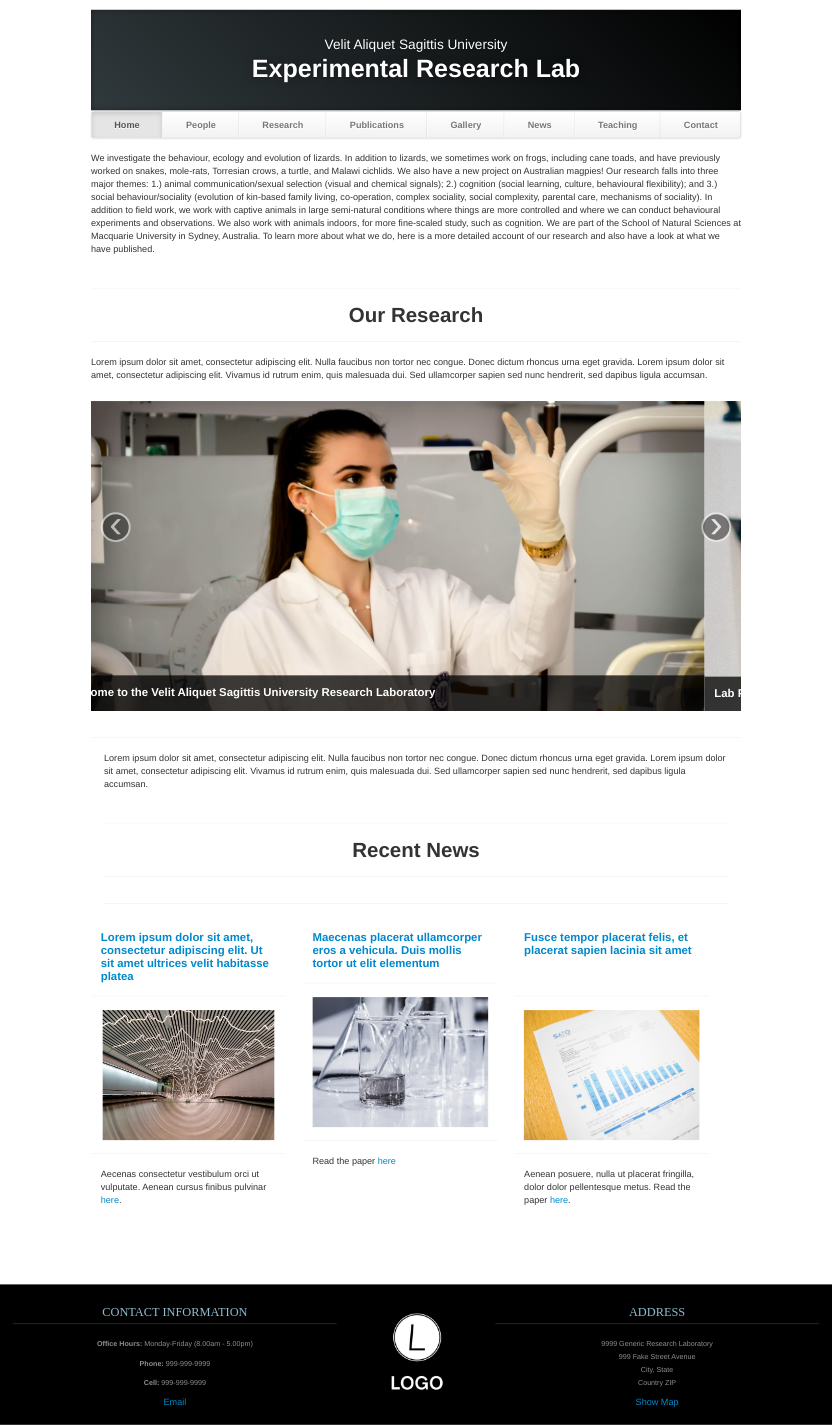
Repository: IAEUC/iaeuc.github.io
Page: index.html
An editor plug-in stored every save of this project. The page is shown before and after a run of saves, followed by the edit.
The browser window is 1280 px wide. The pictures show the whole page, at 65% of full size.

Above is the page before, as saved 2025-08-07 17:27:23.

### index.html
<!DOCTYPE html>
<html lang="en">
   <head>
      <meta charset="utf-8">
      <title>Generic Research Lab Template - Home</title>
      <meta name="viewport" content="width=device-width, initial-scale=1.0">
      <meta name="description" content="Research Lab, Home, Velit Aliquet Sagittis University">
      <meta name="author" content="">
      <!-- Le styles -->
      <link href="css/bootstrap.min.css" rel="stylesheet">
      <link href="css/bootstrap-responsive.min.css" rel="stylesheet">
      <link href="css/theme.css" rel="stylesheet">
   </head>
   <body>
      <div class="container">
         <header class="jumbotron subhead" id="overview">
            <p class="lead"> Velit Aliquet Sagittis University </p>
            <h1>Experimental Research Lab</h1>
         </header>
         <div class="masthead">
            <div class="navbar">
               <div class="navbar-inner">
                  <div class="container">
                     <ul class="nav">
                        <li class="active"><a href="#">Home</a></li>
                        <li><a href="people.html">People</a></li>
                        <li><a href="research.html">Research</a></li>
                        <li><a href="publications.html">Publications</a></li>
                        <li><a href="gallery.html">Gallery</a></li>
                        <li><a href="news.html">News</a></li>
                        <li><a href="teaching.html">Teaching</a></li>
                        <li><a href="contact.html">Contact</a></li>
                     </ul>
                  </div>
               </div>
            </div>
         </div>

         <div class="row-fluid">
            <div class="span12">
                              <p>
                                We investigate the behaviour, ecology and evolution of lizards. In addition to lizards, we sometimes work on frogs, including cane toads, and have previously worked on snakes, mole-rats, Torresian crows, a turtle, and Malawi cichlids. We also have a new project on Australian magpies! Our research falls into three major themes: 1.) animal communication/sexual selection (visual and chemical signals); 2.) cognition (social learning, culture, behavioural flexibility); and 3.) social behaviour/sociality (evolution of kin-based family living, co-operation, complex sociality, social complexity, parental care, mechanisms of sociality).

                                 In addition to field work, we work with captive animals in large semi-natural conditions where things are more controlled and where we can conduct behavioural experiments and observations. We also work with animals indoors, for more fine-scaled study, such as cognition.

                                 We are part of the School of Natural Sciences at Macquarie University in Sydney, Australia. To learn more about what we do, here is a more detailed account of our research and also have a look at what we have published.
                              </p>
                              <br/>
                           </div>
         </div>
         <div class="row-fluid">
                  <hr>
                  <h2 class="centered">Our Research</h2>
                  <hr>
         </div>
         <div class="row-fluid">
            <div class="span12">
                              <p>
                                 Lorem ipsum dolor sit amet, consectetur adipiscing elit. Nulla faucibus non tortor nec congue.
                                 Donec dictum rhoncus urna eget gravida. Lorem ipsum dolor sit amet, consectetur adipiscing elit.
                                 Vivamus id rutrum enim, quis malesuada dui. Sed ullamcorper sapien sed nunc hendrerit, sed dapibus
                                 ligula accumsan.
                              </p>
                              <br/>
                           </div>
         </div>

         <div class="row-fluid">
            <div class="span12">
               <div id="main-carousel" class="carousel slide">
                  <div class="carousel-inner">
                     <div class="item active">
                        <img src="images/ani-kolleshi-crop3.JPG" class="carousel-image" alt="">
                        <div class="carousel-caption">
                           <h4>Welcome to the Velit Aliquet Sagittis University Research Laboratory</h4>
                           <!-- -->
                           <p></p>
                        </div>
                     </div>
                     <div class="item">
                        <img src="images/microscope-crop1.JPG" class="carousel-image" alt="">
                        <div class="carousel-caption">
                           <h4>Lab Photos</h4>
                           <p></p>
                        </div>
                     </div>
                     <div class="item">
                        <img src="images/building-crop1.JPG" class="carousel-image" alt="">
                        <div class="carousel-caption">
                           <h4>Main Building Photo</h4>
                           <p></p>
                        </div>
                     </div>
                  </div>
                  <a class="left carousel-control" href="#main-carousel" data-slide="prev">‹</a>
                  <a class="right carousel-control" href="#main-carousel" data-slide="next">›</a>
               </div>
            </div>
         </div>
         <hr>
         <div class="container-fluid">
            <div class="row-fluid marketing">
               <div class="span12">
                  <p>
                     Lorem ipsum dolor sit amet, consectetur adipiscing elit. Nulla faucibus non tortor nec congue.
                     Donec dictum rhoncus urna eget gravida. Lorem ipsum dolor sit amet, consectetur adipiscing elit.
                     Vivamus id rutrum enim, quis malesuada dui. Sed ullamcorper sapien sed nunc hendrerit, sed dapibus
                     ligula accumsan.
                  </p>
                  <br/>
               </div>
            </div>
               <div class="row-fluid">
                  <hr>
                  <h2 class="centered">Recent News</h2>
                  <hr>
               </div>

               <hr>
            </div>
            <div class="row-fluid">
               <div class="span4 feature-item">
                  <h4 class="feature-heading"><a href="https://unsplash.com/photos/QvbLjB9pHLM">Lorem ipsum dolor sit amet, consectetur adipiscing elit. Ut sit amet ultrices velit habitasse platea</a></h4>
                  <hr>
                  <div class="centered">
                     <a href="https://unsplash.com/photos/QvbLjB9pHLM"><img src="thumbs/ivanov-crop.JPG" alt=""></a>
                  </div>
                  <hr>
                  <p>Aecenas consectetur vestibulum orci ut vulputate. Aenean cursus finibus pulvinar <a href="https://unsplash.com/photos/QvbLjB9pHLM">here</a>. </p>
                  <br/>
               </div>
               <div class="span4 feature-item">
                  <h4 class="feature-heading"><a href="https://unsplash.com/photos/lQGJCMY5qcM">Maecenas placerat ullamcorper eros a vehicula. Duis mollis tortor ut elit elementum</a></h4>
                  <hr>
                  <div class="centered">
                     <a href="https://unsplash.com/photos/lQGJCMY5qcM"><img src="thumbs/beaker-crop.JPG" alt=""></a>
                  </div>
                  <hr>
                  <p>Read the paper <a href="https://unsplash.com/photos/lQGJCMY5qcM">here</a> </p>
               </div>
               <div class="span4 feature-item">
                  <h4 class="feature-heading"><a href="https://unsplash.com/photos/QCbZ4ASLhM8">Fusce tempor placerat felis, et placerat sapien lacinia sit amet<br/><br/><br/></a></h4>
                  <hr>
                  <div class="centered">
                     <a href="https://unsplash.com/photos/QCbZ4ASLhM8"><img src="thumbs/sato-chart.JPG" alt=""></a>
                  </div>
                  <hr>
                  <p> Aenean posuere, nulla ut placerat fringilla, dolor dolor pellentesque metus. Read the paper <a href="https://unsplash.com/photos/QCbZ4ASLhM8">here</a>.</p>
                  <br/>
                  <br/>
                  <br/>
               </div>
            </div>
         </div>
      </div>
      <footer id="footer">
         <div class="container-fluid">
            <div class="row-fluid">
               <div class="span5">
                  <h3>Contact Information</h3>
                  <p><b>Office Hours: </b>Monday-Friday (8.00am - 5.00pm)</p>
                  <p><b>Phone: </b>999-999-9999</p>
                  <p><b>Cell: </b>999-999-9999</p>
                  <a href="mailto:your.email@uni.edu">Email</a>
               </div>
               <div class="span2">
                  <a href="https://mybrandnewlogo.com/"><img src = "thumbs/generic-logo.JPG" alt="research-lab-logo"/></a>
               </div>
               <div class="span5">
                  <h3>Address</h3>
                  <p>9999 Generic Research Laboratory<br>
                     999 Fake Street Avenue<br>
                     City, State<br>
                     Country ZIP
                  </p>
                  <a href="http://maps.google.com/">Show Map</a>
               </div>
            </div>
         </div>
      </footer>

      <!-- Javascript files -->
      <script src="js/jquery-1.9.1.min.js"></script>
      <script src="js/bootstrap.min.js"></script>
      <script> $('#main-carousel').carousel(); </script>
   </body>
</html>

### css/theme.css
body {
	padding-top: 15px;
	padding-bottom: 0px;
}


/* Custom container */

.container {
	margin: 0 auto;
	max-width: 1000px;
}

.container>hr {
	margin: 20px 0
}


/* Customize the navbar links to be fill the entire space of the .navbar */

.navbar .navbar-inner {
	padding: 0
}

.navbar .nav {
	margin: 0;
	display: table;
	width: 100%;
}

.navbar .nav li {
	display: table-cell;
	width: 1%;
	float: none;
}

.navbar .nav li a {
	font-weight: bold;
	text-align: center;
	border-left: 1px solid rgba(255, 255, 255, .75);
	border-right: 1px solid rgba(0, 0, 0, .1);
}

.navbar .nav li:first-child a {
	border-left: 0;
	border-radius: 3px 0 0 3px;
}

.navbar .nav li:last-child a {
	border-right: 0;
	border-radius: 0 3px 3px 0;
}

body>.navbar {
	font-size: 13px
}


/* Change the docs' brand */

body>.navbar .brand {
	padding-right: 0;
	padding-left: 0;
	margin-left: 20px;
	float: right;
	font-weight: bold;
	color: #000;
	text-shadow: 0 1px 0 rgba(255, 255, 255, .1), 0 0 30px rgba(255, 255, 255, .125);
	-webkit-transition: all .2s linear;
	-moz-transition: all .2s linear;
	transition: all .2s linear;
}

body>.navbar .brand:hover {
	text-decoration: none;
	text-shadow: 0 1px 0 rgba(255, 255, 255, .1), 0 0 30px rgba(255, 255, 255, .4);
}


/* Sidenav for Docs
         -------------------------------------------------- */

@media screen and (max-width: 768px) {
	.bs-docs-sidenav {
		display: none !important;
	}
}

.bs-docs-sidenav {
	width: 228px;
	margin: 30px 0 0;
	padding: 0;
	background-color: #fff;
	-webkit-border-radius: 6px;
	-moz-border-radius: 6px;
	border-radius: 6px;
	-webkit-box-shadow: 0 1px 4px rgba(0, 0, 0, .065);
	-moz-box-shadow: 0 1px 4px rgba(0, 0, 0, .065);
	box-shadow: 0 1px 4px rgba(0, 0, 0, .065);
}

.bs-docs-sidenav>li>a {
	display: block;
	width: 200px;
	margin: 0 0 -1px;
	padding: 8px 14px;
	border: 1px solid #e5e5e5;
}

.bs-docs-sidenav>li>a.subhead {
	display: block;
	width: 168px;
	margin: 0 0 -1px;
	padding: 8px 30px;
	border: 1px solid #e5e5e5;
	font-size: 12px;
}

.bs-docs-sidenav>li:first-child>a {
	-webkit-border-radius: 6px 6px 0 0;
	-moz-border-radius: 6px 6px 0 0;
	border-radius: 6px 6px 0 0;
}

.bs-docs-sidenav>li:last-child>a {
	-webkit-border-radius: 0 0 6px 6px;
	-moz-border-radius: 0 0 6px 6px;
	border-radius: 0 0 6px 6px;
}

.bs-docs-sidenav>.active>a {
	position: relative;
	z-index: 2;
	padding: 9px 15px;
	border: 0;
	text-shadow: 0 1px 0 rgba(0, 0, 0, .15);
	-webkit-box-shadow: inset 1px 0 0 rgba(0, 0, 0, .1), inset -1px 0 0 rgba(0, 0, 0, .1);
	-moz-box-shadow: inset 1px 0 0 rgba(0, 0, 0, .1), inset -1px 0 0 rgba(0, 0, 0, .1);
	box-shadow: inset 1px 0 0 rgba(0, 0, 0, .1), inset -1px 0 0 rgba(0, 0, 0, .1);
}

.bs-docs-sidenav>li>a:hover {
	background-color: #f5f5f5
}

.bs-docs-sidenav a:hover .icon-chevron-right {
	opacity: .5
}

.bs-docs-sidenav.affix {
	top: 10px
}

.bs-docs-sidenav.affix-bottom {
	position: absolute;
	top: auto;
	bottom: 270px;
}


/* Responsive
         -------------------------------------------------- */

.affix {
	top: 0px
}

#media {
	margin-top: 70px
}

#media .header {
	margin-left: 0;
	margin-bottom: 56px;
	margin-top: 30px;
}

#media .post_row {
	margin-left: 0;
	margin-bottom: 40px;
}

#media .lastpost_row {
	margin-bottom: 0
}

#media .post_row .post {
	background: #fff;
	/*margin-left: 0;;
    margin-right: 20px;*/
	border-radius: 4px;
	box-shadow: 1px 1px 2px 0px #E0E0E0;
	width: 487px;
	height: 616px;
}

#media .post_row .last {
	margin-right: 0
}

#media .post_row .post .img {
	position: relative;
	text-align: center;
}

#media .post_row .post .img .date {
	background: #E8554E;
	position: absolute;
	padding: 2px 5px;
	top: 0;
	left: 11px;
}

#media .post_row .post .img .date p {
	color: #fff;
	font-size: 14px;
	font-weight: bold;
	font-style: italic;
	margin: 0;
}

#media .post_row .post .img img {
	height: 275px;
	width: 410px;
}

#media .post_row .post .text {
	margin: 18px auto 0;
	width: 83%;
}

#media .post_row .post .text h5 {
	margin: 0 0 8px 0;
	font-size: 20px;
	line-height: 23px;
}

#media .post_row .post .text h5 a {
	color: #333
}

#media .post_row .post .text span.date {
	color: #9F9F9F;
	display: block;
	margin-bottom: 12px;
	font-style: italic;
	font-size: 13px;
}

#media .post_row .post .text p {
	margin: 0;
	line-height: 21px;
	font-size: 14px;
}

#media .post_row .post .author_box {
	margin: 12px auto 20px;
	border-top: 1px solid #EDEDED;
	overflow: hidden;
	text-align: left;
	width: 85%;
	padding-top: 12px;
}

#media .post_row .post .author_box h6 {
	margin: 0 0 3px 0;
	font-size: 13px;
	line-height: 15px;
	font-style: italic;
	font-weight: normal;
	color: #B2B2B2;
}

#media .post_row .post .author_box p {
	color: #B2B2B2;
	font-style: italic;
	font-size: 13px;
	line-height: 14px;
	margin: 0;
}

#media .post_row .post .author_box img {
	float: right
}

#media .post_row .post a.plus_wrapper {
	width: 99%;
	text-align: center;
	background: #fff;
	display: none;
	border-radius: 0px 0px 4px 4px;
	padding: 6px 0px 2px;
	margin: 0 auto 1px;
}

#media .post_row .post a.plus_wrapper span {
	color: #1189D9;
	font-size: 30px;
	font-weight: bold;
}

#media .post_row .post:hover a.plus_wrapper {
	display: block
}

#media .post_row .post:hover {
	box-shadow: 0px 1px 5px 1px rgb(216, 216, 216)
}

#media .post_row .post:hover .text h5 a {
	color: #1189D9
}

.map .box_wrapp {
	position: absolute;
	margin: 15px auto;
	box-shadow: 0 0 7px 0 rgba(26, 26, 26, 0.4);
	padding: 30px 0 30px;
	background: white;
	border-radius: 4px;
	margin-top: 25px;
}

.map .box_wrapp .box_cont {
	margin: 30px auto;
	width: 76%;
}

.section-header {
	text-align: center;
	margin-bottom: 35px;
}

.section-header h1,
.title-text {
	font-weight: bold;
	font-size: 30px;
	margin: 12.5px 0;
	font-weight: 100;
	margin-bottom: 25px;
	line-height: 55px;
}

.feature-item:hover {
	box-shadow: 0px 1px 5px 1px rgb(216, 216, 216)
}

.feature-item img {
	margin-left: 15px;
	margin-right: 15px;
	max-width: 90%;
	height: 200px;
}

.feature-item h5 {
	margin-left: 15px;
	margin-right: 15px;
	margin-top: 20px;
	margin-bottom: 20px;
}

.feature-item p {
	margin-left: 15px;
	margin-right: 15px;
}

.feature-heading {
	margin-top: 20px;
	margin-bottom: 20px;
	margin-left: 15px;
	margin-right: 15px;
}

.feature-heading a:hover {
	text-decoration: none;
}

.feature-button {
	font-size: 16px;
	background-image: none;
	box-shadow: none;
	margin-bottom: 10px;
}

.centered {
	text-align: center;
}

.subhead {
	text-align: left;
	border-bottom: 1px solid #ddd;
}

.jumbotron {
	position: relative;
	padding: 45px 0px 35px 0px;
	color: #fff;
	text-align: center;
	text-shadow: 0 1px 3px rgba(0, 0, 0, .4), 0 0 30px rgba(0, 0, 0, .075);
	background: #30393C;
	background: -moz-linear-gradient(45deg, #30393C 0%, #000000 100%);
	background: -webkit-gradient(linear, left bottom, right top, color-stop(0%, #30393C), color-stop(100%, #30393C));
	background: -webkit-linear-gradient(45deg, #30393C 0%, #000000 100%);
	background: -o-linear-gradient(45deg, #30393C 0%, #000000 100%);
	background: -ms-linear-gradient(45deg, #30393C 0%, #000000 100%);
	background: linear-gradient(45deg, #30393C 0%, #000000 100%) repeat;
	-webkit-box-shadow: inset 0 3px 7px rgba(0, 0, 0, .2), inset 0 -3px 7px rgba(0, 0, 0, .2);
	-moz-box-shadow: inset 0 3px 7px rgba(0, 0, 0, .2), inset 0 -3px 7px rgba(0, 0, 0, .2);
	box-shadow: inset 0 3px 7px rgba(0, 0, 0, .2), inset 0 -3px 7px rgba(0, 0, 0, .2);
}

.jumbotron:after {
	content: '';
	display: block;
	position: absolute;
	top: 0;
	right: 0;
	bottom: 0;
	left: 0;
	opacity: .4;
}

.lead {
	margin-bottom: 0px;
	font-size: 21px;
	font-weight: 200;
	line-height: 15px;
}

img.float-left {
	float: left;
	margin-top: 9px;
	margin-left: 0px;
	margin-right: 30px;
	margin-bottom: 12px;
}

img.float-right {
	float: right;
	margin-top: 9px;
	margin-right: 0px;
	margin-bottom: 12px;
	margin-left: 30px;
}

img.publications-thumb {
	width: 142px;
	height: 188px;
}

.caption {
	margin: 10px;
}

.responsive-video {
	position: relative;
	padding-bottom: 56.25%;
	padding-top: 60px;
	overflow: hidden;
}

.responsive-video iframe,
.responsive-video object,
.responsive-video embed {
	position: absolute;
	top: 0;
	left: 0;
	width: 93.5%;
	height: 93.5%;
}

.video-caption {
	margin: 10px;
}

.accordion {
	margin-bottom: 20px;
	margin-right: 40px;
}

.thumbnail>img.sponsor {
	width: 212px;
	height: 150px;
}

img.carousel-image {
	width: 100%;
}

li.publication {
	margin-bottom: 20px;
}

.page-header h3 a:hover {
	text-decoration: none;
}

iframe.map-frame {
	border: none;
	overflow: hidden;
	margin-top: 10px;
	margin-bottom: 10px;
	margin-left: 0px;
	margin-right: 0px;
	height: 550px;
	width: 100%;
}

ul.sponsors {
	margin-top: 40px;
	margin-bottom: 40px;
}

#footer {
	z-index: 10;
	margin-top: 50px;
	margin-bottom: 0px;
	padding-bottom: 25px;
	border-top-width: 8px;
	border-top-style: solid;
	border-top-color: #2F2F2F;
	background-color: #000000;
	border: 0;
	font-size: 100%;
	font: inherit;
	vertical-align: baseline;
	text-align: center;
}

#footer h3 {
	font-size: 19px;
	text-transform: uppercase;
	font-family: BebasNeueRegular;
	color: #8DBECE;
	border-bottom-width: 1px;
	border-bottom-style: solid;
	border-bottom-color: #30393C;
	line-height: 35px;
	margin-bottom: 20px;
	margin-top: 25px;
	font-weight: normal;
}

#footer a img {
	margin-top: 40px;
}

#footer p,
#footer address {
	color: #8F8F8F;
	font-size: 11px;
}

Loaded but not shown: css/bootstrap.min.css (library); css/bootstrap-responsive.min.css (library); js/jquery-1.9.1.min.js (library); js/bootstrap.min.js (library)

After the next 2 saves:
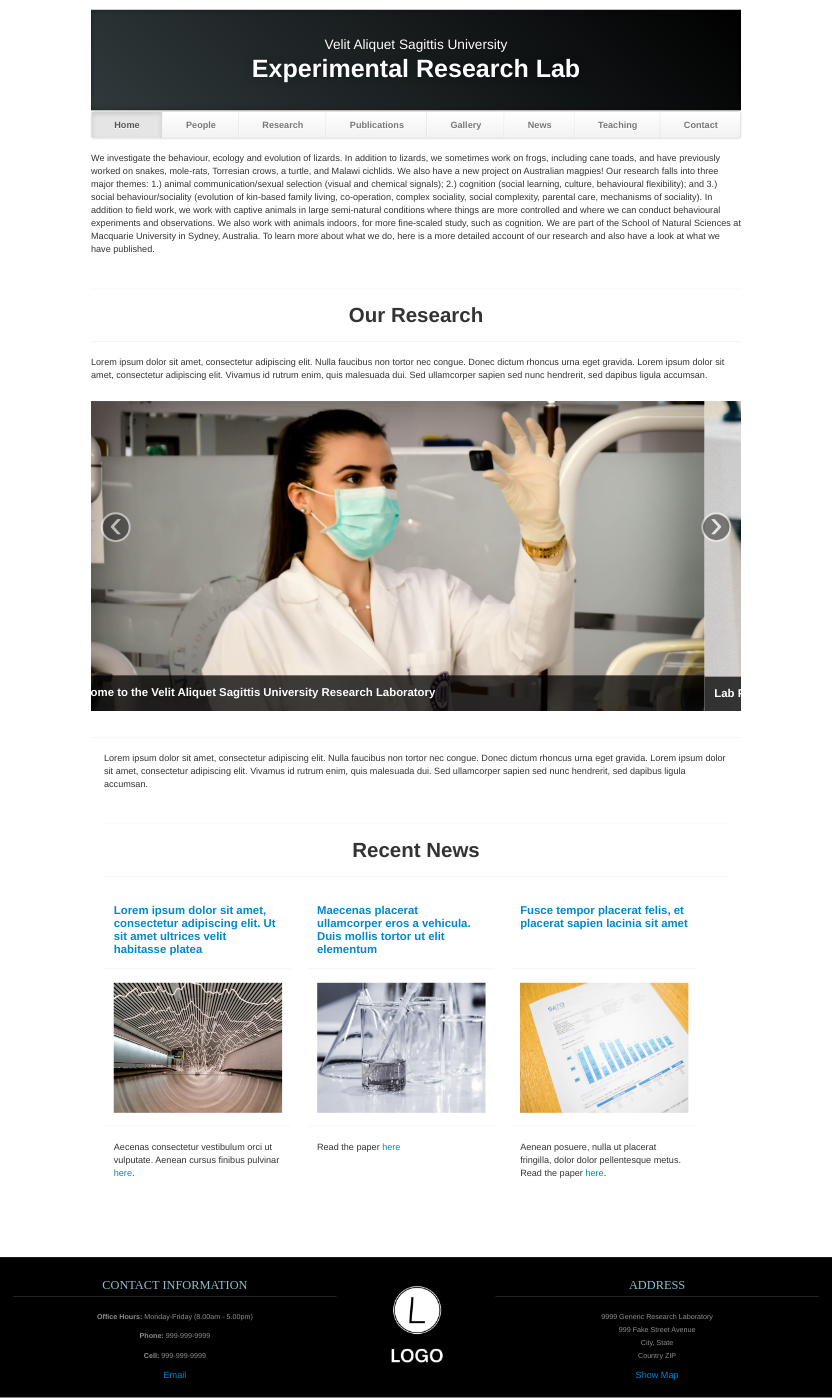
The 2 saves are shown as one change because they came seconds apart.
The last was saved 8 s later.
--- a/index.html
+++ b/index.html
@@ -115,9 +115,6 @@
                   <h2 class="centered">Recent News</h2>
                   <hr>
                </div>
-
-               <hr>
-            </div>
             <div class="row-fluid">
                <div class="span4 feature-item">
                   <h4 class="feature-heading"><a href="https://unsplash.com/photos/QvbLjB9pHLM">Lorem ipsum dolor sit amet, consectetur adipiscing elit. Ut sit amet ultrices velit habitasse platea</a></h4>
